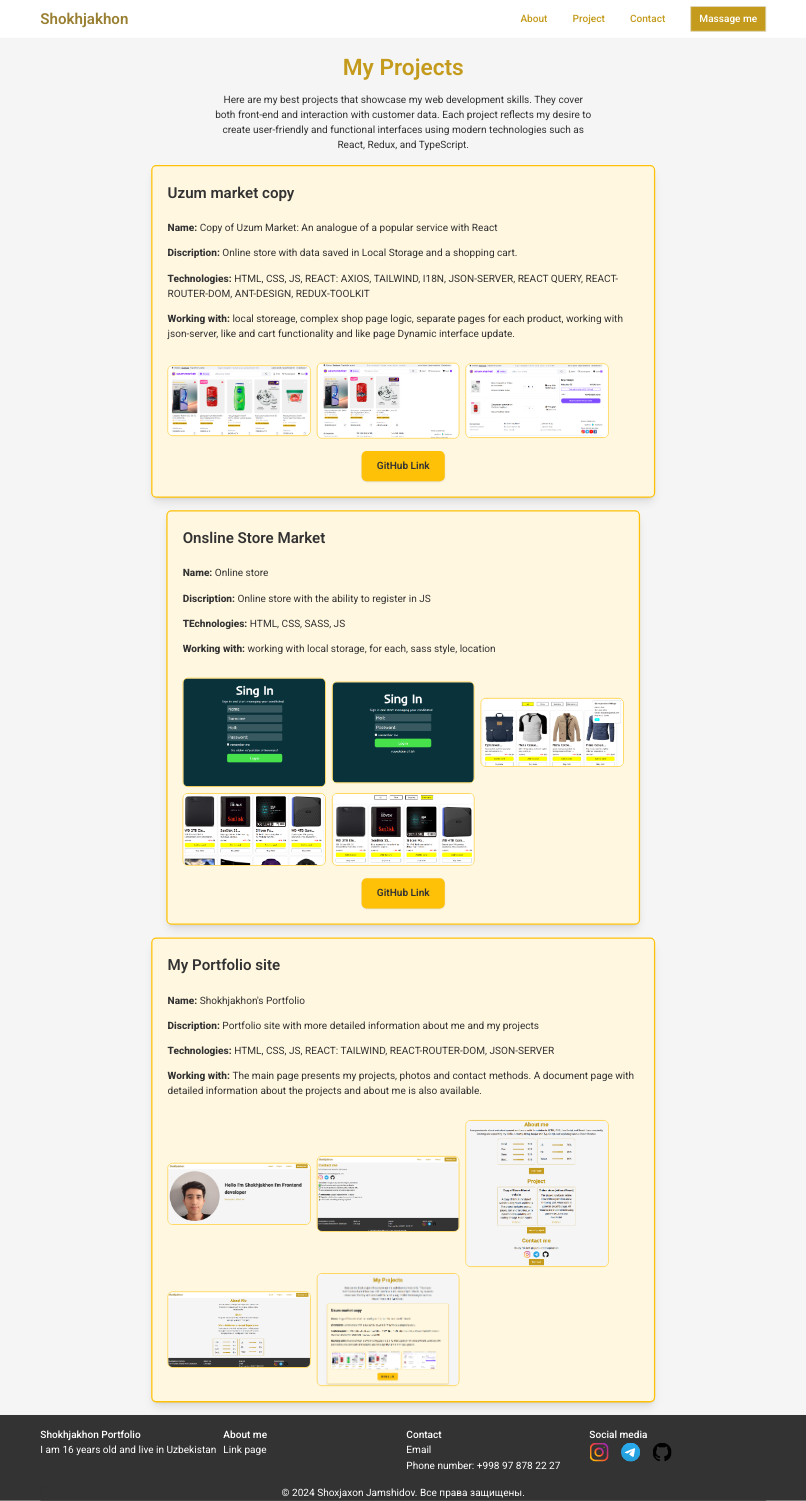
Repository: usershoh/My-Portfolio
Page: /project
These files come from the project's save history. The page is drawn as it stood at one moment and after a run of saves; the edit follows.
The browser window is 1280 px wide. The pictures show the whole page, at 63% of full size.
The project was rebuilt for these pictures with package versions that can differ from the ones it lists, and the page was loaded fresh each time. Also part of the build but not shown: vite.config.js, src/pages/blog/index.jsx, src/components/contact/title/index.jsx, src/components/contact/details/index.jsx, src/components/contact/location/index.jsx, src/components/contact/cta/index.jsx, src/pages/contact/index.jsx, src/components/home/hero/index.jsx and 11 more.

Above is the page before, as saved 2024-12-09 14:02:05.

### index.html
<!doctype html>
<html lang="en">
  <head>
    <meta charset="UTF-8" />
    <link rel="icon" type="image/svg+xml" href="/src/assets/img/photo_2024-05-25_15-15-50-round.png" />
    <meta name="viewport" content="width=device-width, initial-scale=1.0" />
    <title>Shokhjakhon</title>
  </head>
  <body>
    <div id="root"></div>
    <script type="module" src="/src/main.jsx"></script>
  </body>
</html>

### src/main.jsx
import { createRoot } from "react-dom/client";
import "./index.css";
import Root from "./root/root";
import ProviderConfig from "./tools/provider";

createRoot(document.getElementById("root")).render(
  <ProviderConfig>
    <Root />
  </ProviderConfig>
);

### src/index.css
@import url(https://fonts.googleapis.com/css2?family=Roboto:wght@100;200;300;400;500;600;800;900&display=swap);

@tailwind base;
@tailwind components;
@tailwind utilities;

* {
  padding: 0;
  margin: 0;
  box-sizing: border-box;
  font-family: 'Roboto', sans-serif;
}

html, body {
  height: 100%;
  margin: 0;
}

### src/root/root.jsx
import React from "react";
import Header from "../components/header";
import { Route, Routes } from "react-router-dom";
import BlogPage from "../pages/blog";
import ProjectPage from "../pages/project";
import ContactPage from "../pages/contact";
import HomePage from "../pages/home";
import AboutPage from "../pages/about";
import Footer from "../components/footer";

const Root = () => {
  return (
    <div className="bg-backround">
      <Header />
      <Routes>
        <Route path="/" element={<HomePage />} />
        <Route path="/about" element={<AboutPage />} />
        <Route path="/project" element={<ProjectPage />} />
        <Route path="/contact" element={<ContactPage />} />
        <Route path="/blog" element={<BlogPage />} />
      </Routes>
      <Footer />
    </div>
  );
};

export default Root;

### src/tools/provider/index.jsx
import React, { StrictMode } from "react";
import { BrowserRouter } from "react-router-dom";

const ProviderConfig = ({ children }) => {
  return (
    <div>
      <StrictMode>
        <BrowserRouter>{children}</BrowserRouter>
      </StrictMode>
    </div>
  );
};

export default ProviderConfig;

### src/components/header/index.jsx
import React, { useState } from "react";
import { Link, useNavigate } from "react-router-dom";

const Header = () => {
  const navigate = useNavigate();

  const [isOpenMenu, setIsOpentMenu] = useState(false);
  const toggleMenu = () => {
    setIsOpentMenu(!isOpenMenu);
  };

  // const navigateGmail = () => {
  //   window.location.href = "mailto:bumsakalaka66@gmail.com";
  // };
  const openTelegram = () => {
    window.open("https://t.me/usershox", "_blank");
  };

  return (
    <div className="px-[5%] py-[10px] flex items-center justify-between bg-white">
      <Link to={"/"}>
        <h1 className="text-[24px] text-[#997f31] font-[600]">Shokhjakhon</h1>
      </Link>
      <div className="hidden md:flex items-center gap-[40px] text-[16px] text-gold font-[500]">
        <button className="hover:text-hover" onClick={() => navigate("/about")}>
          About
        </button>
        <button
          className="hover:text-hover"
          onClick={() => navigate("/project")}
        >
          Project
        </button>
        <button
          className="hover:text-hover"
          onClick={() => navigate("/contact")}
        >
          Contact
        </button>
        {/* <button className="hover:text-hover" onClick={() => navigate("/blog")}>
          Blog
        </button> */}

        <button onClick={openTelegram} className="border w-[120px] h-[40px] bg-gold text-white text-[16px] hover:bg-hover">
          Massage me
        </button>
      </div>

      <button onClick={toggleMenu} className="md:hidden focus:outline-none">
        <svg
          className="w-6 h-6"
          fill="none"
          stroke="currentColor"
          viewBox="0 0 24 24"
        >
          <path
            strokeLinecap="round"
            strokeLinejoin="round"
            strokeWidth="2"
            d="M4 6h16M4 12h16m-7 6h7"
          ></path>
        </svg>
      </button>

      {isOpenMenu && (
        <div className="absolute top-[60px] right-[10px] w-[260px] h-[200px] grid gap-[5px] rounded-[10px] p-4 md:hidden bg-white">
          <button onClick={() => navigate("/about")}>About</button>
          <button onClick={() => navigate("/project")}>Project</button>
          <button onClick={() => navigate("/contact")}>Contact</button>
          <button onClick={() => navigate("/blog")}>Blog</button>
          <button className="border w-[100%] h-[40px] bg-gold text-white text-[16px]">
            Here me
          </button>
        </div>
      )}
    </div>
  );
};

export default Header;

### src/pages/project/index.jsx
import React from "react";
import UzumMarketProject from "../../components/project/uzum-market";
import OnlineStoreProject from "../../components/project/online-store";
import Title from "../../components/project/title";
import PortfolioProject from "../../components/project/portfolio";

const ProjectPage = () => {
  return (
    <div className="px-[5%] pt-[20px] gap-[20px] flex flex-col min-h-[71vh]">
      <Title />
      <UzumMarketProject />
      <OnlineStoreProject />
      <PortfolioProject />
    </div>
  );
};

export default ProjectPage;

### src/components/footer/index.jsx
import React from "react";
import { useNavigate } from "react-router-dom";
import instagramLogo from "../../assets/icon/instagram.svg";
import telegramLogo from "../../assets/icon/telegram.svg";
import githubLogo from "../../assets/icon/github.svg";

const Footer = () => {
  const navigate = useNavigate();
  return (
    <footer className="bg-dark mt-[20px] pl-[5%] pr-[5%]">
      <div className="grid gap-[10px] text-white pt-[20px] pb-[20px] grid-cols-2 md:grid-cols-4 max-[480px]:grid-cols-1">
        {/* <button className="text-[18px] pb-[5px]">Pages</button>
        <button className="text-[16px]" onClick={() => navigate("/")}>
          Home
        </button>
        <button className="text-[16px]" onClick={() => navigate("/about")}>
          About
        </button>
        <button className="text-[16px]" onClick={() => navigate("/project")}>
          Project
        </button>
        <button className="text-[16px]" onClick={() => navigate("/contact")}>
          Contact
        </button>
        <button className="text-[16px]" onClick={() => navigate("/blog")}>
          Blog
        </button> */}
        <div>
          <h2 className="font-[500]">Shokhjakhon Portfolio</h2>
          <p>I am 16 years old and live in Uzbekistan</p>
        </div>

        <div>
          <h2 className="font-[500]">About me</h2>
          <button onClick={() => navigate("/about")}>Link page</button>
        </div>

        <div>
          <h2 className="font-[500]">Contact</h2>
          <a href="email:bumsakalaka66@gmail.com">Email</a>
          <p>Phone number: +998 97 878 22 27</p>
        </div>

        <div>
          <h2 className="font-[500]">Social media</h2>
          <div className="w-[130px] flex items-center justify-between">
            <a href="https://www.instagram.com/shohjahon_777.official/">
              <img className="w-[30px] h-[30px]" src={instagramLogo} alt="" />
            </a>
            <a href="https://t.me/usershox">
              <img className="w-[30px] h-[30px]" src={telegramLogo} alt="" />
            </a>
            <a href="https://github.com/usershoh">
              <img className="w-[30px] h-[30px]" src={githubLogo} alt="" />
            </a>
          </div>
        </div>
      </div>
      <div className="bg-dark text-white text-center">
        © 2024 Shoxjaxon Jamshidov. Все права защищены.
      </div>
    </footer>
  );
};

export default Footer;

### src/components/project/uzum-market/index.jsx
import React from "react";
import uzumImg1 from "../../../assets/img/uzum-img1.png";
import uzumImg2 from "../../../assets/img/uzum-img2.png";
import uzumImg3 from "../../../assets/img/uzum-img3.png";

const UzumMarketProject = () => {
  return (
    <div className="border-[2px] p-6 border-[#FFC107] bg-[#FFF7E0] shadow-lg max-w-[800px] mx-auto rounded-lg grid gap-[10px]">
      <h1 className="text-[24px] text-dark font-semibold mb-4">Uzum market copy</h1>
      <div className="grid gap-4">
        <p className="text-[16px] text-dark">
          <strong>Name:</strong> Copy of Uzum Market: An analogue of a popular
          service with React
        </p>
        <p className="text-[16px] text-dark">
          <strong>Discription:</strong> Online store with data saved in Local
          Storage and a shopping cart.
        </p>
        <p className="text-[16px] text-dark">
          <strong>Technologies:</strong> HTML, CSS, JS, REACT: AXIOS, TAILWIND,
          I18N, JSON-SERVER, REACT QUERY, REACT-ROUTER-DOM, ANT-DESIGN,
          REDUX-TOOLKIT
        </p>
        <p className="text-[16px] text-dark">
          <strong>Working with:</strong> local storeage, complex shop page
          logic, separate pages for each product, working with json-server, like
          and cart functionality and like page Dynamic interface update.
        </p>
      </div>
      <div className="grid grid-cols-2 md:grid-cols-3 items-center gap-[10px] mt-6 lg:w-[700px]">
        <div className="border border-[#FFC107] rounded-lg overflow-hidden">
          <img src={uzumImg1} alt="" />
        </div>
        <div className="border border-[#FFC107] rounded-lg overflow-hidden">
          <img src={uzumImg2} alt="" />
        </div>
        <div className="border border-[#FFC107] rounded-lg overflow-hidden">
          <img src={uzumImg3} alt="" />
        </div>
      </div>
      <div className="mt-[10px] text-center">
        <a
          className="inline-block font-semibold rounded-lg shadow hover:bg-[#FFB300] px-6 py-3 bg-[#FFC107] text-[#333]"
          href="https://github.com/usershoh/Uzum-market-copy"
        >
          GitHub Link
        </a>
      </div>
    </div>
  );
};

export default UzumMarketProject;

### src/components/project/online-store/index.jsx
import React from "react";

import onlineStoreImg1 from "../../../assets/img/onlineStore-img1.png";
import onlineStoreImg2 from "../../../assets/img/onlineStore-img2.png";
import onlineStoreImg3 from "../../../assets/img/onlineStore-img3.png";
import onlineStoreImg4 from "../../../assets/img/onlineStore-img4.png";
import onlineStoreImg5 from "../../../assets/img/onlineStore-img5.png";

const OnlineStoreProject = () => {
  return (
    <div className="border-[2px] border-[#FFC107] bg-[#FFF7E0] p-6 shadow-lg max-w-[800px] mx-auto rounded-lg grid gap-[10px]">
      <h1 className="text-[24px] text-dark font-semibold mb-4">
        Onsline Store Market
      </h1>
      <div className="grid gap-4">
        <p className="text-[16px] text-dark">
          <strong>Name:</strong> Online store
        </p>
        <p className="text-[16px] text-dark">
          <strong>Discription:</strong> Online store with the ability to
          register in JS
        </p>
        <p className="text-[16px] text-dark">
          <strong>TEchnologies: </strong> HTML, CSS, SASS, JS
        </p>
        <p className="text-[16px] text-dark">
          <strong>Working with: </strong> working with local storage, for each,
          sass style, location
        </p>
      </div>
      <div className="grid mt-6 grid-cols-2 md:grid-cols-3 lg:w-[700px] items-center gap-[10px]">
        <div className="border border-[#FFC107] rounded-lg overflow-hidden">
          <img src={onlineStoreImg1} alt="" />
        </div>
        <div className="border border-[#FFC107] rounded-lg overflow-hidden">
          <img src={onlineStoreImg2} alt="" />
        </div>
        <div className="border border-[#FFC107] rounded-lg overflow-hidden">
          <img src={onlineStoreImg3} alt="" />
        </div>
        <div className="border border-[#FFC107] rounded-lg overflow-hidden">
          <img src={onlineStoreImg4} alt="" />
        </div>
        <div className="border border-[#FFC107] rounded-lg overflow-hidden">
          <img src={onlineStoreImg5} alt="" />
        </div>
      </div>
      <div className="mt-[10px] text-center">
        <a
          className="inline-block font-semibold rounded-lg shadow hover:bg-[#FFB300] px-6 py-3 bg-[#FFC107] text-[#333]"
          href="https://github.com/usershoh/Login"
        >
          GitHub Link
        </a>
      </div>
    </div>
  );
};

export default OnlineStoreProject;

### src/components/project/title/index.jsx
import React from "react";

const Title = () => {
  return (
    <div className="text-center m-auto grid gap-3 max-w-[600px]">
      <h1 className="text-[36px] font-semibold text-gold">My Projects</h1>
      <p className="text-[16px] text-dark">
        Here are my best projects that showcase my web development skills. They
        cover both front-end and interaction with customer data. Each project
        reflects my desire to create user-friendly and functional interfaces
        using modern technologies such as React, Redux, and TypeScript.
      </p>
    </div>
  );
};

export default Title;

### src/components/project/portfolio/index.jsx
import React from "react";

import portfolioImg1 from "../../../assets/img/portfolio-img1.png";
import portfolioImg2 from "../../../assets/img/portfolio-img2.png";
import portfolioImg3 from "../../../assets/img/portfolio-img3.png";
import portfolioImg4 from "../../../assets/img/portfolio-img4.png";
import portfolioImg5 from "../../../assets/img/portfolio-img5.png";

const PortfolioProject = () => {
  return (
    <div className="border-[2px] p-6 border-[#FFC107] bg-[#FFF7E0] shadow-lg max-w-[800px] mx-auto rounded-lg grid gap-[10px]">
      <h1 className="text-[24px] text-dark font-semibold mb-4">
        My Portfolio site
      </h1>
      <div className="grid gap-4">
        <p className="text-[16px] text-dark">
          <strong>Name: </strong> Shokhjakhon's Portfolio
        </p>
        <p className="text-[16px] text-dark">
          <strong>Discription: </strong> Portfolio site with more detailed
          information about me and my projects
        </p>
        <p className="text-[16px] text-dark">
          <strong>Technologies: </strong> HTML, CSS, JS, REACT: TAILWIND,
          REACT-ROUTER-DOM, JSON-SERVER
        </p>
        <p className="text-[16px] text-dark">
          <strong>Working with: </strong>The main page presents my projects,
          photos and contact methods. A document page with detailed information
          about the projects and about me is also available.
        </p>
      </div>
      <div className="grid grid-cols-2 md:grid-cols-3 items-center gap-[10px] mt-6 lg:w-[700px]">
        <div className="border border-[#FFC107] rounded-lg overflow-hidden">
          <img src={portfolioImg1} alt="" />
        </div>
        <div className="border border-[#FFC107] rounded-lg overflow-hidden">
          <img src={portfolioImg5} alt="" />
        </div>
        <div className="border border-[#FFC107] rounded-lg overflow-hidden">
          <img src={portfolioImg2} alt="" />
        </div>
        <div className="border border-[#FFC107] rounded-lg overflow-hidden">
          <img src={portfolioImg3} alt="" />
        </div>
        <div className="border border-[#FFC107] rounded-lg overflow-hidden">
          <img src={portfolioImg4} alt="" />
        </div>
      </div>
    </div>
  );
};

export default PortfolioProject;

### tailwind.config.js
/** @type {import('tailwindcss').Config} */
export default {
  content: ["./index.html", "./src/**/*.{js,ts,jsx,tsx}"],
  theme: {
    extend: {
      colors: {
        gold: "#c49b1d",
        dark: "#333333",
        backround: "#f5f5f5",
        hover: "#ccae62",
      },
    },
  },
  plugins: [],
};

After the next 3 saves:
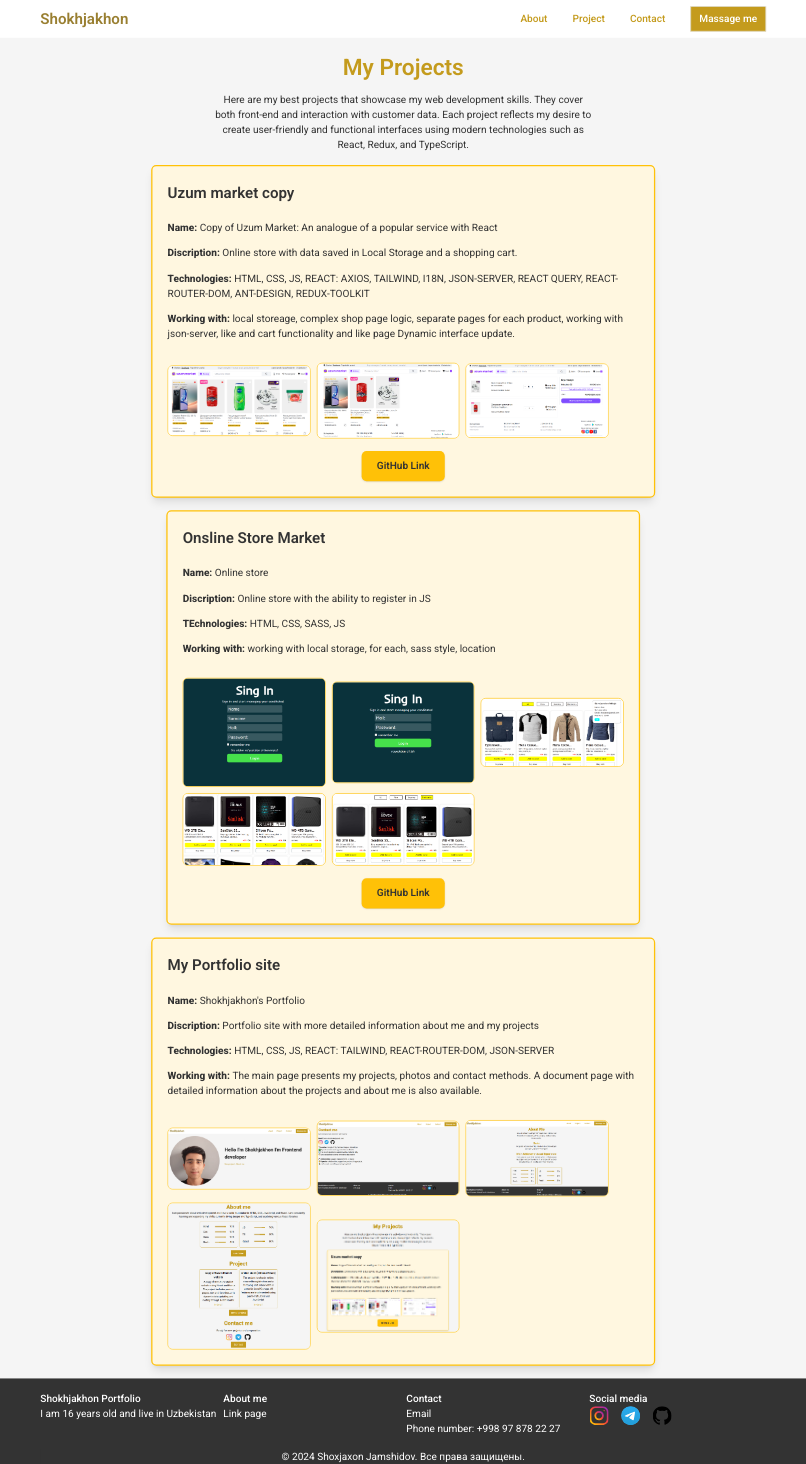
The 3 saves are shown as one change because they came seconds apart.
The last was saved 17 s later.
--- a/src/components/project/portfolio/index.jsx
+++ b/src/components/project/portfolio/index.jsx
@@ -38,10 +38,10 @@
           <img src={portfolioImg5} alt="" />
         </div>
         <div className="border border-[#FFC107] rounded-lg overflow-hidden">
-          <img src={portfolioImg2} alt="" />
+          <img src={portfolioImg3} alt="" />
         </div>
         <div className="border border-[#FFC107] rounded-lg overflow-hidden">
-          <img src={portfolioImg3} alt="" />
+          <img src={portfolioImg2} alt="" />
         </div>
         <div className="border border-[#FFC107] rounded-lg overflow-hidden">
           <img src={portfolioImg4} alt="" />
